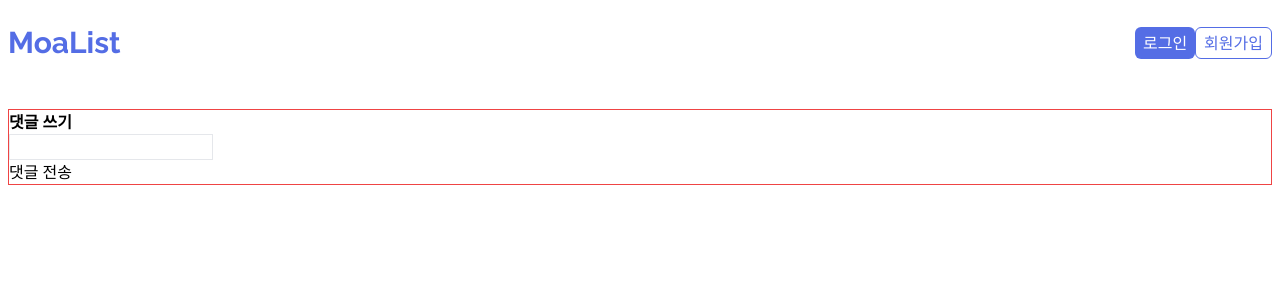
Repository: wisdomshin/moa-list
Page: /comment/new
These files come from the project's save history. The page is drawn as it stood at one moment and after the next save; the edit follows.
The browser window is 1280 px wide. The pictures show the whole page.
The page's requests for data from a server got no answer. The project was rebuilt for these pictures with package versions that can differ from the ones it lists, and the page was loaded fresh each time. The framework's server and built-in components were replaced by stand-ins that run in the browser. No one was signed in, and anything a server would have sent is missing. Also part of the build but not shown: next.config.mjs, components/layout/LogoutBtn.js.

Above is the page before, as saved 2024-02-21 00:23:10.

### app/layout.js
import { Open_Sans } from 'next/font/google';
import './globals.css';
import Header from '@/components/layout/Header';

const sans = Open_Sans({ subsets: ['latin'] });

export const metadata = {
  title: 'MoaList',
  description: '나만의 위시리스트를 모아리스트에 저장해보세요!',
  icons: {
    icon: '/favicon.svg',
  },
};

export default function RootLayout({ children }) {
  return (
    <html lang='ko' className={sans.className}>
      <body className='flex flex-col w-full max-w-screen-xl p-2 mx-auto'>
        <Header />
        <main className='mt-8'>{children}</main>
      </body>
    </html>
  );
}

### app/comment/new/page.js
export default function CommentWrite() {
  return (
    <section className='border border-red-500'>
      <b>댓글 쓰기</b>
      <input type='text' className='block border' />
      <button>댓글 전송</button>
    </section>
  );
}

### app/globals.css
@tailwind base;
@tailwind components;
@tailwind utilities;

* {
  box-sizing: border-box;
}
button {
  cursor: pointer;
  outline: none;
}

### components/layout/Header.js
import Link from 'next/link';
import { Raleway } from 'next/font/google';
import LoginBtn from './LoginBtn';
import { getServerSession } from 'next-auth';
import { authOptions } from '@/pages/api/auth/[...nextauth]';
import LogoutBtn from './LogoutBtn';
import Image from 'next/image';

const raleway = Raleway({ subsets: ['latin'] });

export default async function Header() {
  const session = await getServerSession(authOptions);

  return (
    <header className='flex items-center justify-between py-4'>
      <h1 className='text-3xl font-bold text-[#546de5]'>
        <Link href='/' className={raleway.className}>
          MoaList<i className='bi bi-list-stars'></i>
        </Link>
      </h1>
      <nav>
        {session ? (
          <div className='flex items-center gap-4'>
            <Link href='/moa' className=' text-[#546de5] text-xl'>
              moa
            </Link>
            <div className='flex items-center gap-2'>
              {session.user.image ? (
                <span className='w-[32px] h-[32px]'>{session.user.image}</span>
              ) : (
                <span className='bg-gray-200 w-[32px] h-[32px] rounded-full flex justify-center items-center'>
                  <Image
                    src='/avatar.svg'
                    width={25}
                    height={25}
                    alt={session.user.name}
                  />
                </span>
              )}
              <span className='text-lg'>{session.user.name}</span>
            </div>
            <LogoutBtn />
          </div>
        ) : (
          <>
            <LoginBtn />
            <Link
              href='/register'
              className='border border-[#546de5] text-[#546de5] px-2 py-1 rounded-md'
            >
              회원가입
            </Link>
          </>
        )}
      </nav>
    </header>
  );
}

### components/layout/LoginBtn.js
'use client';

import { signIn } from 'next-auth/react';

export default function LoginBtn() {
  return (
    <button
      onClick={() => signIn()}
      className='bg-[#546de5] text-white py-1 px-2 rounded-md'
    >
      로그인
    </button>
  );
}

### pages/api/auth/[...nextauth].js
import NextAuth from 'next-auth';
import { MongoDBAdapter } from '@next-auth/mongodb-adapter';
import GithubProvider from 'next-auth/providers/github';
import GoogleProvider from 'next-auth/providers/google';
import CredentialsProvider from 'next-auth/providers/credentials';
import bcrypt from 'bcrypt';
import { connectDB } from '@/util/database';

export const authOptions = {
  providers: [
    GithubProvider({
      clientId: process.env.GITHUB_CLIENT_ID,
      clientSecret: process.env.GITHUB_CLIENT_SECRET,
    }),
    GoogleProvider({
      clientId: process.env.GOOGLE_CLIENT_ID,
      clientSecret: process.env.GOOGLE_CLIENT_SECRET,
    }),

    CredentialsProvider({
      //1. 로그인페이지 폼 자동생성해주는 코드
      name: 'credentials',
      credentials: {
        email: { label: 'email', type: 'text' },
        password: { label: 'password', type: 'password' },
      },

      //2. 로그인요청시 실행되는코드
      //직접 DB에서 아이디,비번 비교하고
      //아이디,비번 맞으면 return 결과, 틀리면 return null 해야함
      async authorize(credentials) {
        let db = (await connectDB).db('moalist');
        let user = await db
          .collection('user_cred')
          .findOne({ email: credentials.email });
        if (!user) {
          // console.log('해당 이메일은 없음');
          return null;
        }
        const pwcheck = await bcrypt.compare(
          credentials.password,
          user.password
        );
        if (!pwcheck) {
          // console.log('비번틀림');
          return null;
        }
        return user;
      },
    }),
  ],

  //3. jwt 써놔야 잘됩니다 + jwt 만료일설정
  session: {
    strategy: 'jwt',
    maxAge: 30 * 24 * 60 * 60, //30일
  },

  callbacks: {
    //4. jwt 만들 때 실행되는 코드
    //user변수는 DB의 유저정보담겨있고 token.user에 뭐 저장하면 jwt에 들어갑니다.
    jwt: async ({ token, user }) => {
      if (user) {
        token.user = {};
        token.user.name = user.name;
        token.user.email = user.email;
      }
      return token;
    },
    //5. 유저 세션이 조회될 때 마다 실행되는 코드
    session: async ({ session, token }) => {
      session.user = token.user;
      return session;
    },
  },

  secret: process.env.NEXTAUTH_SECRET,
  adapter: MongoDBAdapter(connectDB),
};
export default NextAuth(authOptions);

### util/database.js
import { MongoClient } from 'mongodb';

const url = process.env.MONGODB_URL;
const options = { useNewUrlParser: true };
let connectDB;

if (process.env.NODE_ENV === 'development') {
  if (!global._mongo) {
    global._mongo = new MongoClient(url, options).connect();
  }
  connectDB = global._mongo;
} else {
  connectDB = new MongoClient(url, options).connect();
}
export { connectDB };

Loaded but not shown: tailwind.config.js (common file)

After the next save:
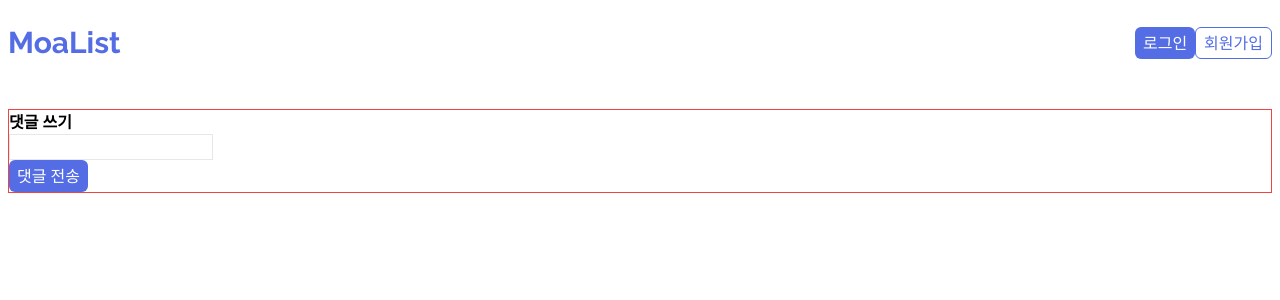
Saved 7 s later.
--- a/app/comment/new/page.js
+++ b/app/comment/new/page.js
@@ -3,7 +3,9 @@ export default function CommentWrite() {
     <section className='border border-red-500'>
       <b>댓글 쓰기</b>
       <input type='text' className='block border' />
-      <button>댓글 전송</button>
+      <button className='px-2 py-1 rounded-md bg-[#546de5] text-white'>
+        댓글 전송
+      </button>
     </section>
   );
 }
